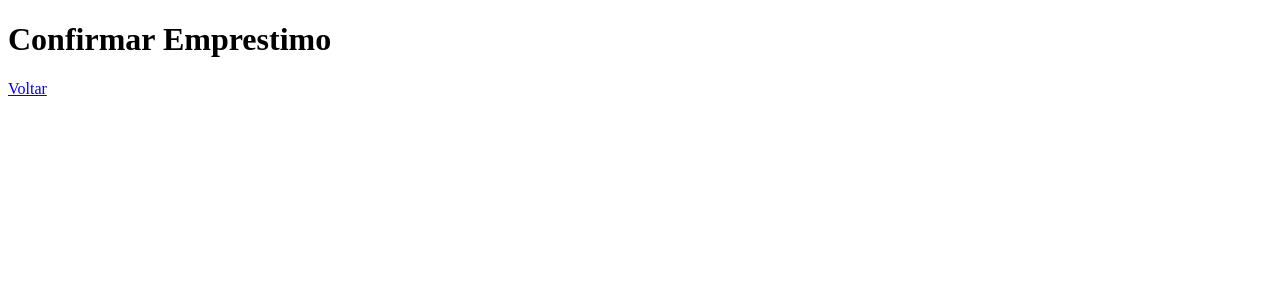
Repository: melloeduarda/html
Page: confirmar.html
The author's editor kept a copy of each file at every save. The page is drawn from the files as they stood at one save, then again after a run of saves.
The browser window is 1280 px wide. The pictures show the whole page.

Above is the page before, as saved 2026-10-28 16:16:30.

After the next 2 saves:
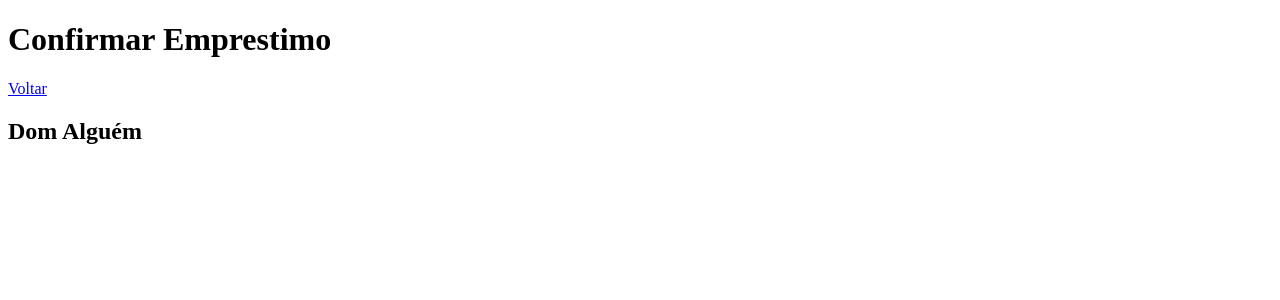
The 2 saves are shown as one change because they came seconds apart.
The last was saved 6 s later.
--- a/confirmar.html
+++ b/confirmar.html
@@ -11,6 +11,6 @@
         <a class="botao" href="buscar.html">Voltar</a>
     <header>
 
-        <h2>
+        <h2>Dom Alguém</h2>
 </body>
 </html>
